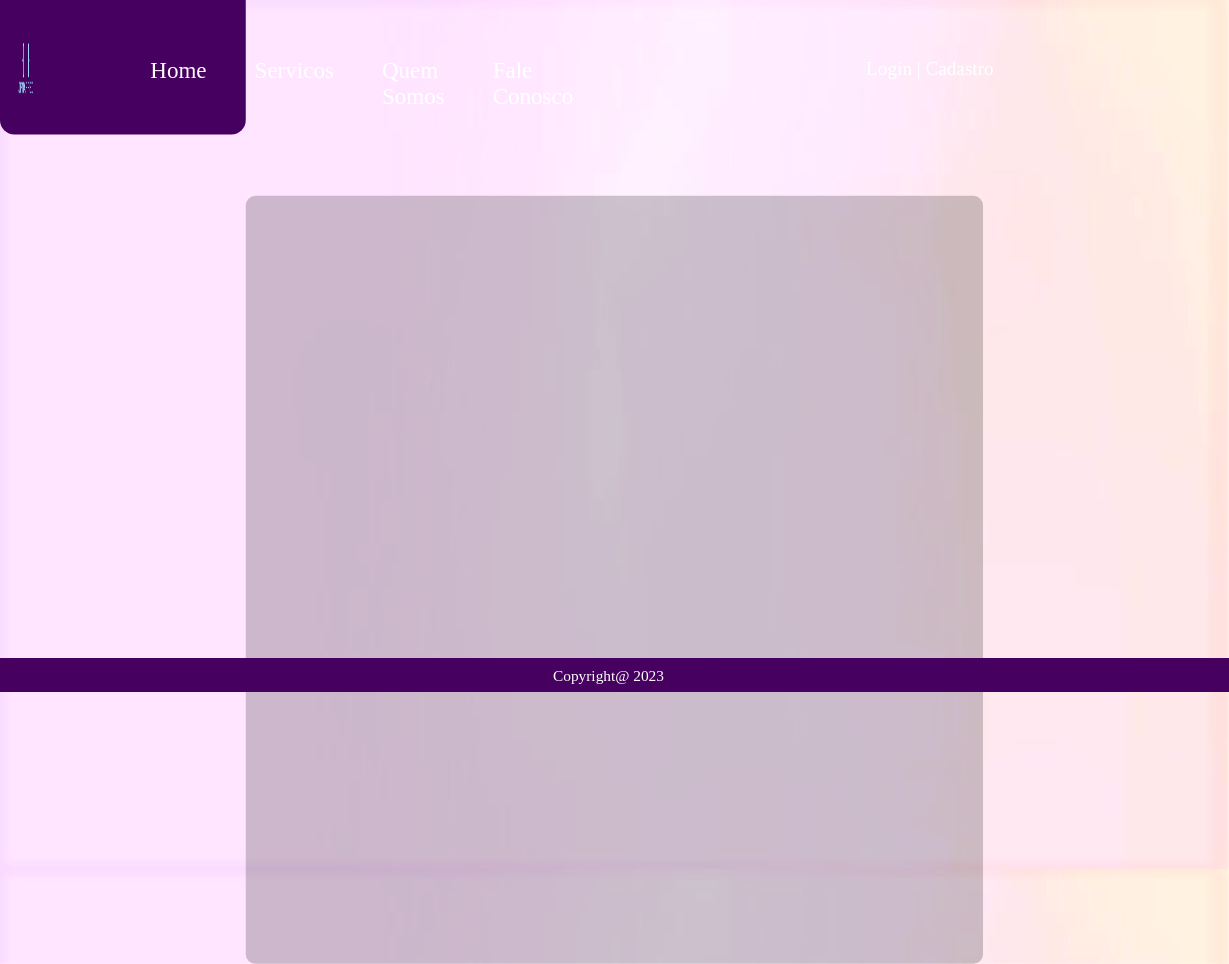
Repository: jpmaffei18/PROJETO_JAVA
Page: http://localhost/FinalWeb/home.jsp
The author's editor kept a copy of each file at every save. The page is drawn from the files as they stood at one save, then again after the next save.
The browser window is 1280 px wide. The pictures show the whole page, at 96% of full size.
Backgrounds fixed to the window are drawn as part of the page. The page is served by Tomcat 9. Other server files are loaded and not shown.

Above is the page before, as saved 2023-04-03 12:04:28.

### FinalWeb/src/main/webapp/home.jsp

<!DOCTYPE html>
<html lang="en">
    <head>
        <meta charset="UTF-8">
        <meta http-equiv="X-UA-Compatible" content="IE=edge">
        <meta name="viewport" content="width=device-width, initial-scale=1.0">
        <link href="home.css" rel="stylesheet">
        <link href="imagens/icon.png" rel="icon">
        <title>HOME</title>
    </head>
<body>
  <header>
  <img src="imagens/logo.png" class="logo">

    <ul>
        <li> Home</li>
        <li> Servicos</li>
        <li> Quem Somos</li>
        <li> Fale Conosco</li>
    </ul>

    <div class="logincadastro">
    <p><a href="logincadastro.jsp">Login </a></p> <p>|</p> <p><a href="logincadastro.jsp">Cadastro </a></p>
    </div>

</header>

<div class="conteudo">

</div>




<footer class="rodape"> <p>Copyright@ 2023</p> </footer>
</body>
</html>

### FinalWeb/src/main/webapp/home.css
@charset "ISO-8859-1";

body{
    	margin: 0;
        background: url(imagens/fundoroxo.jpg) center center no-repeat fixed;
        -webkit-background-size: cover;
        -moz-background-size: cover;
        -o-background-size: cover;
        background-size: cover;
        overflow: scroll;
      }


header{
    background-color: #46005F;
    width: 20%;
    height: 140px;
    border-bottom-left-radius: 15px;
    border-bottom-right-radius: 15px;
    color: white;
    display: flex;
}

.logo{
    width: 15%;
    height: 150px;
    margin-left: 3%;
}

header ul{
    display: flex;
    margin-left: 8%;
    margin-top:60px;
}

header li{
    list-style: none;
    font-size: 24px;
    margin-left: 50px;
}

.conteudo{
    background-color: rgba(0,0,0,.20);
    width: 60%;
    height:800px;
    margin: auto;
    margin-top: 5%;
    border-radius:10px;
}

.logincadastro{
    display: flex;
    margin-left: 300px;
    margin-top: 40px;
    font-size: 20px;


}

.logincadastro p{
    margin-left: 5px;
    color:white;
}

.logincadastro a{
    text-decoration: none;
    color: white;
}

.rodape{
background: #46005F;
width: 100%;
height: 35px;
position: fixed;
bottom: 0;
left: 0;
}

.rodape p{
	margin-left: 45%;
	margin-top: 10px;
	color:white;
}

After the next save:
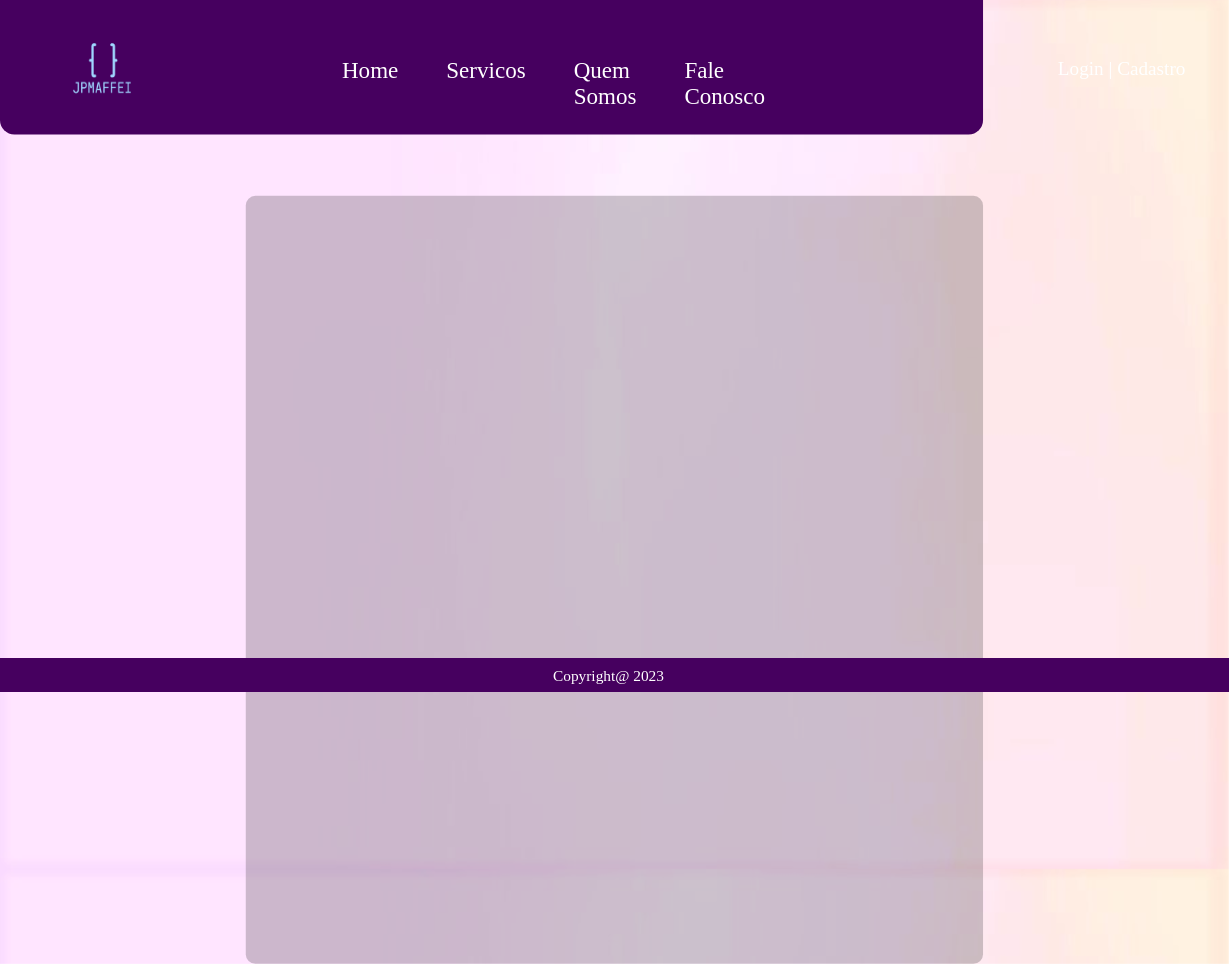
Saved 9 s later.
--- a/FinalWeb/src/main/webapp/home.css
+++ b/FinalWeb/src/main/webapp/home.css
@@ -13,7 +13,7 @@ body{
 
 header{
     background-color: #46005F;
-    width: 20%;
+    width: 80%;
     height: 140px;
     border-bottom-left-radius: 15px;
     border-bottom-right-radius: 15px;
